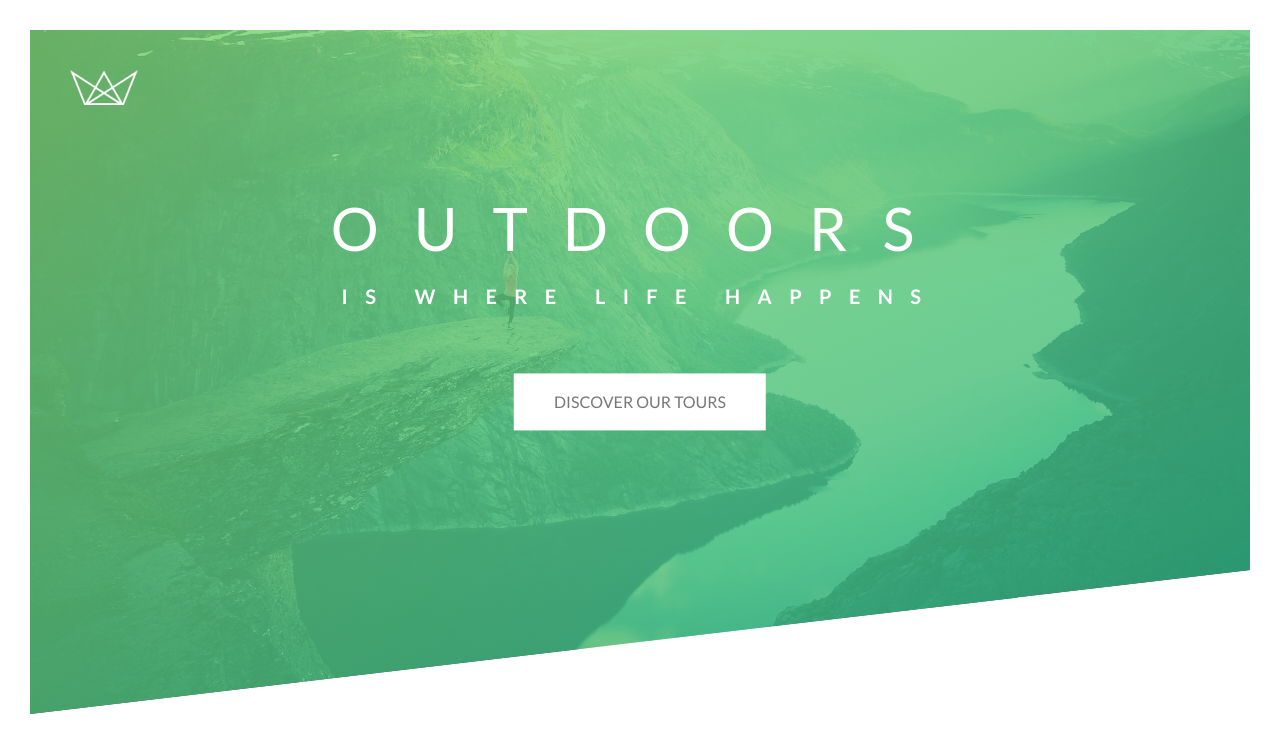
Repository: MalgorzataMazur/Natours
Page: index.html
An editor plug-in stored every save of this project. The page is shown before and after the next save, followed by the edit.
The browser window is 1280 px wide. The pictures show the whole page.
The pointer rests on the first visible `.btn`.

Above is the page before, as saved 2020-01-13 00:11:46.

After the next save:
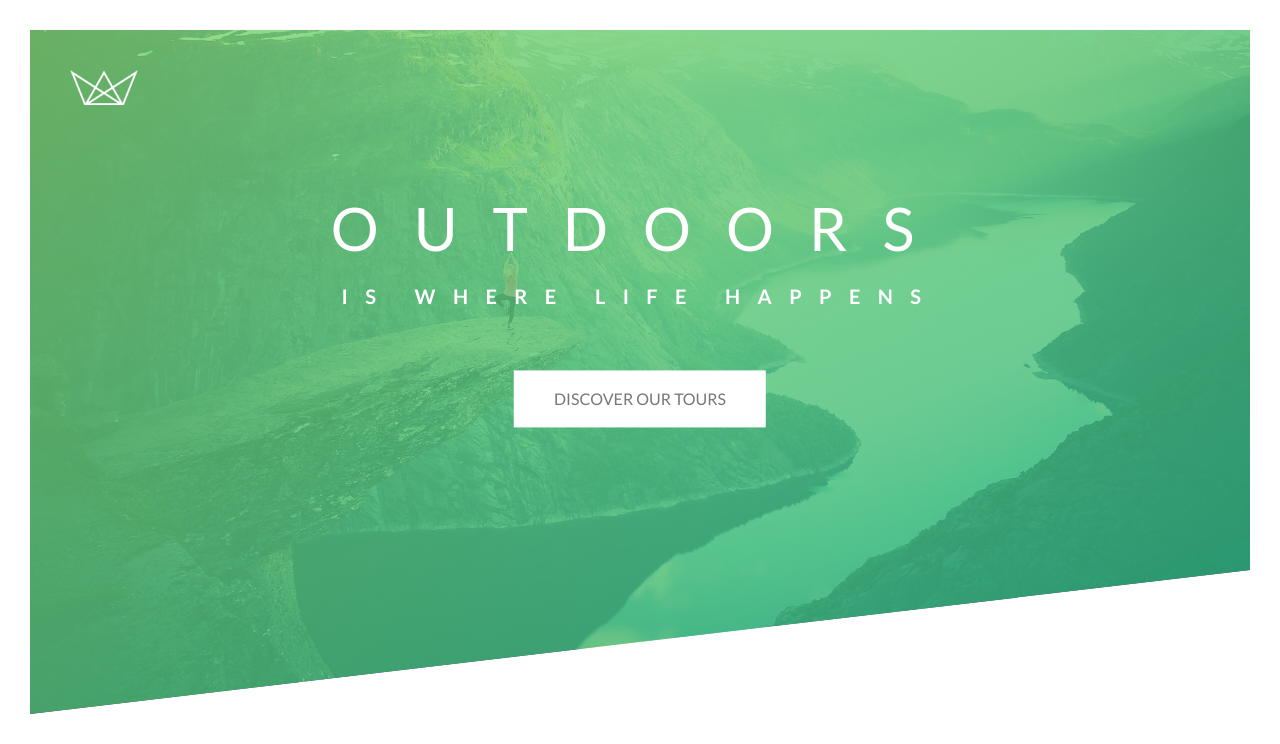
Saved 4 min 1 s later.
--- a/css/style.css
+++ b/css/style.css
@@ -130,6 +130,13 @@ body {
     display: inline-block;              /* if specufypadding, width, height of elemet thay sholud be display as a inline-block */
 }
 
+.btn:hover {
+    transform: translateY(-3px);                       /* element moves up */
+}
+
+.btn:active {
+    transform: translateY(-1px);
+}
 .btn-white {
     background-color: #fff;
     color: #777;
